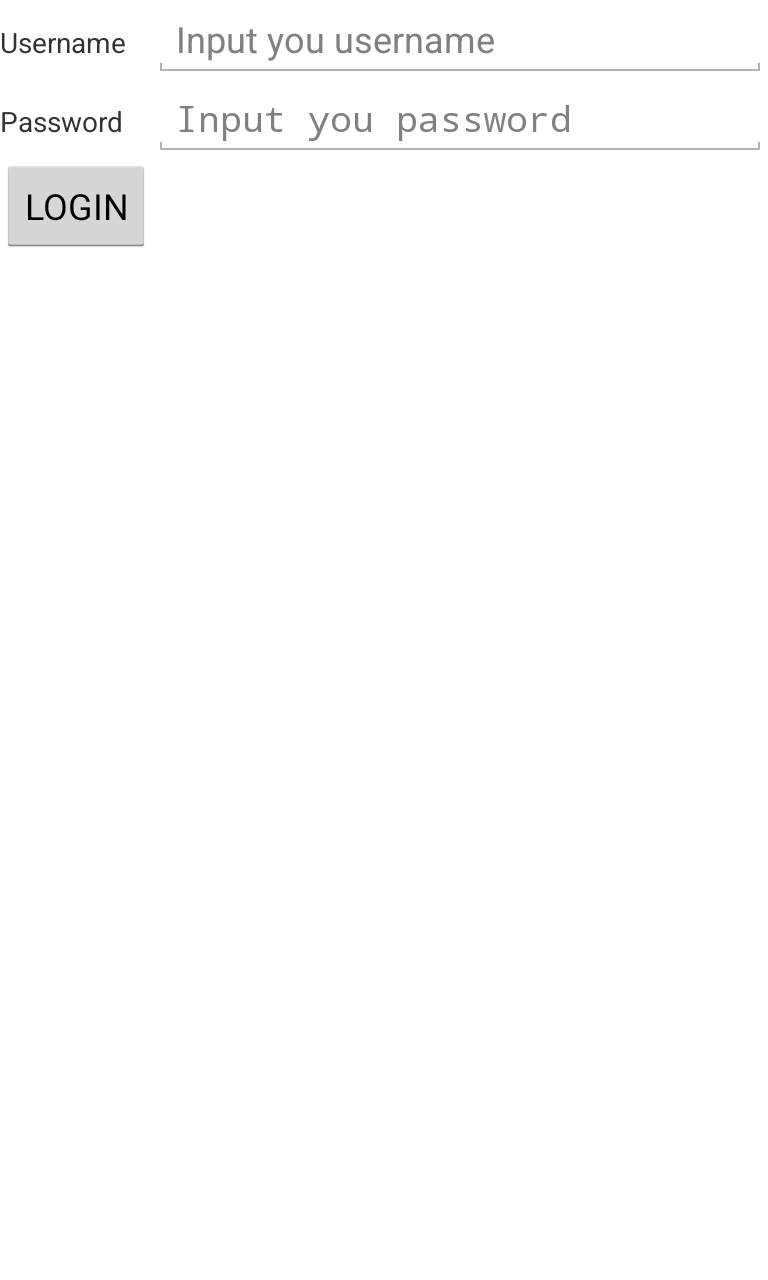
Repository: HantaoShu/android_learning
Layout: BroadcastBestPractice/res/layout/login.xml
An editor plug-in stored every save of this project. The layout is shown before and after the next save, followed by the edit.
It is drawn on a 768 x 1280 px phone screen (xhdpi) without system bars, with theme AppTheme; the app's code is not run.

Above is the layout before, as saved 2016-02-14 08:31:03.

### BroadcastBestPractice/res/layout/login.xml
<?xml version="1.0" encoding="utf-8"?>
<TableLayout xmlns:android="http://schemas.android.com/apk/res/android"
    android:layout_width="match_parent"
    android:layout_height="match_parent"
   	android:stretchColumns="1">

	<TableRow>
		<TextView
    	    android:id="@+id/username"
       	 	android:layout_height="wrap_content"
        	android:text="Username" />
   		<EditText
   		    android:id="@+id/edit_username"
   		    android:layout_height="wrap_content"
   		    android:hint="Input you username"/>
   	</TableRow>
   	<TableRow >
    	<TextView
        	android:id="@+id/password"
       		android:layout_height="wrap_content"
       		android:text="Password"></TextView>
    	<EditText
    	    android:id="@+id/edit_password"
    	    android:layout_height="wrap_content"
    	    android:hint="Input you password"
    	    android:inputType="textPassword"/>
	</TableRow>
	<TableRow >
	    <Button
	        android:id="@+id/login_button"
	        android:layout_height="wrap_content"
	        android:text="LOGIN"/>
	</TableRow>
</TableLayout>

Loaded but not shown: BroadcastBestPractice/res/values/styles.xml (common file); BroadcastBestPractice/res/values-v11/styles.xml (common file); BroadcastBestPractice/res/values-v14/styles.xml (common file)

After the next save:
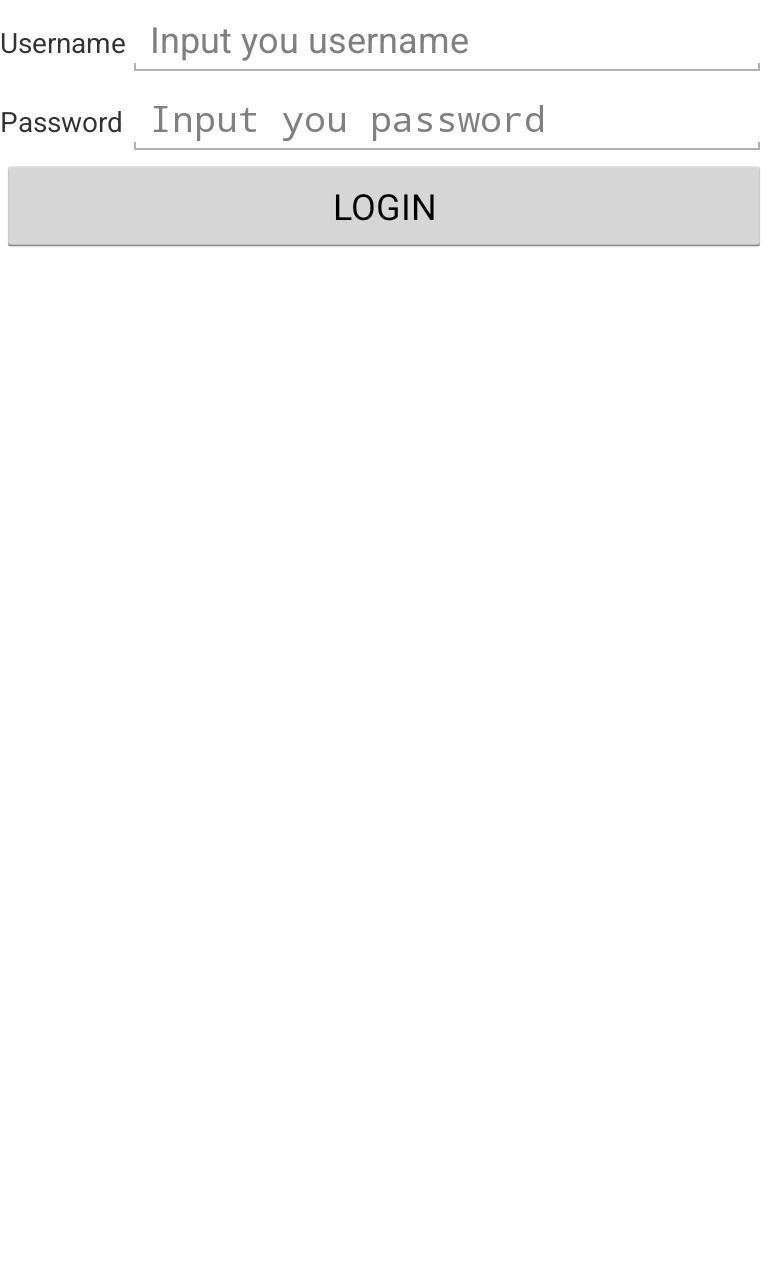
Saved 55 s later.
--- a/BroadcastBestPractice/res/layout/login.xml
+++ b/BroadcastBestPractice/res/layout/login.xml
@@ -29,6 +29,7 @@
 	    <Button
 	        android:id="@+id/login_button"
 	        android:layout_height="wrap_content"
-	        android:text="LOGIN"/>
+	        android:text="LOGIN"
+	        android:layout_span="2"/>
 	</TableRow>
 </TableLayout>
